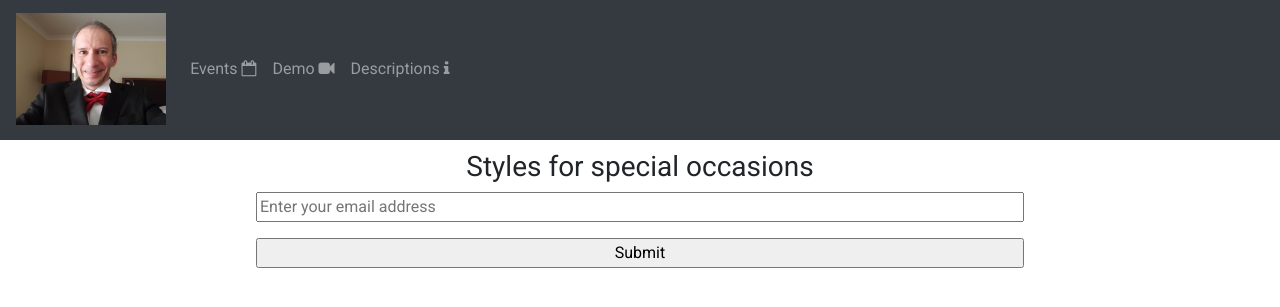
Repository: derektypist/product-landing-page
Page: index.html
The author's editor kept a record of every edit. The page is drawn from the files as they stood at one moment, then again after the next edit.
The browser window is 1280 px wide. The pictures show the whole page.

Above is the page before.
Console error (its wording comes from the project's code and is left out).

### index.html
<!DOCTYPE html>
<html lang="en">

<head>
    <meta charset="UTF-8">
    <meta name="viewport" content="width=device-width, initial-scale=1.0">
    <meta http-equiv="X-UA-Compatible" content="ie=edge">
    <title>Product Landing Page</title>
    <!-- Load Style Sheets -->
    <link rel="stylesheet" href="https://maxcdn.bootstrapcdn.com/bootstrap/4.4.1/css/bootstrap.min.css" integrity="sha384-Vkoo8x4CGsO3+Hhxv8T/Q5PaXtkKtu6ug5TOeNV6gBiFeWPGFN9MuhOf23Q9Ifjh" crossorigin="anonymous">
    <link rel="stylesheet" href="https://maxcdn.bootstrapcdn.com/font-awesome/4.7.0/css/font-awesome.min.css" type="text/css" />
    <link href="https://fonts.googleapis.com/css?family=Roboto&display=swap" rel="stylesheet">
    <style>
        /* Header and Navigation */

        #header {
            font-family: "Roboto", Arial, Verdana, sans-serif;
        }

        #header-img {
            max-height: 112px;
        }

        #nav-bar {
            padding-bottom: 10px;
        }

        /* Form */

        #form {
            padding-top: 150px;
            font-family: "Roboto", Arial, Verdana, sans-serif;
            text-align: center;
            width: 100%;
            display: block;
            margin: auto;
        }

        input {
            width: 60%;
        }
    </style>
</head>

<body>
    <!-- Set Up Header -->
    <header id="header">
        <!-- Set Up Navigation with Image -->
        <nav class="navbar navbar-expand navbar-dark bg-dark fixed-top" id="nav-bar">
            <a class="navbar-brand" href="index.html"><img src="derek.JPG" title="Derek Dhammaloka" alt="Derek Dhammaloka" id="header-img"></a>
            <button class="navbar-toggler" type="button" data-toggle="collapse" data-target="navbarSupportedContent" aria-controls="navbarSupportedContent" aria-expanded="false" aria-label="Toggle navigation">
    <span class="navbar-toggler-icon"></span>
  </button>
            <div class="collapse navbar-collapse" id="navbarSupportedContent">
                <ul class="navbar-nav mr-auto">
                    <li class="nav-item">
                        <a class="nav-link" href="#events">Events <i class="fa fa-calendar-o" aria-hidden="true"></i></a>
                    </li>
                    <li class="nav-item">
                        <a class="nav-link" href="#demo">Demo <i class="fa fa-video-camera" aria-hidden="true"></i></a>
                    </li>
                    <li class="nav-item">
                        <a class="nav-link" href="#descriptions">Descriptions <i class="fa fa-info" aria-hidden="true"></i></a>
                    </li>
                </ul>
        </nav>
    </header>

    <!-- Set Up Main Content -->
    <main>
        <!-- Set Up Form -->
        <form id="form">
            <h3>Styles for special occasions</h3>
            <!-- Set Up Email Field -->
            <input type="email" id="email" name="email" placeholder="Enter your email address">
            <p></p>
            <!-- Set Up Submit Button -->
            <input type="submit" id="submit" onclick="https://www.freecodecamp.com/email-submit
(https://www.freecodecamp.com/email-submit">
        </form>
        <section id="events"></section>
        <section id="demo"></section>
        <section id="descriptions"></section>
    </main>
</body>

</html>

After the next edit:
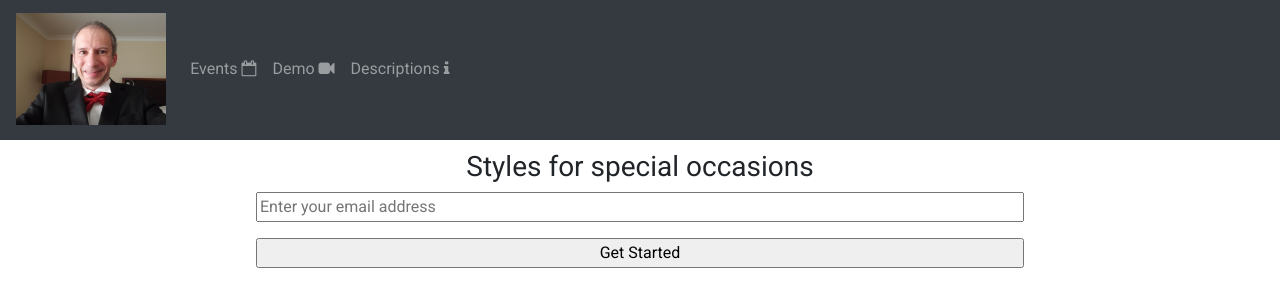
Console error (its wording comes from the project's code and is left out).
The edit:
--- a/index.html
+++ b/index.html
@@ -75,8 +75,7 @@
             <input type="email" id="email" name="email" placeholder="Enter your email address">
             <p></p>
             <!-- Set Up Submit Button -->
-            <input type="submit" id="submit" onclick="https://www.freecodecamp.com/email-submit
-(https://www.freecodecamp.com/email-submit">
+            <input type="submit" id="submit" value="Get Started" onclick="https://www.freecodecamp.com/email-submit">
         </form>
         <section id="events"></section>
         <section id="demo"></section>
